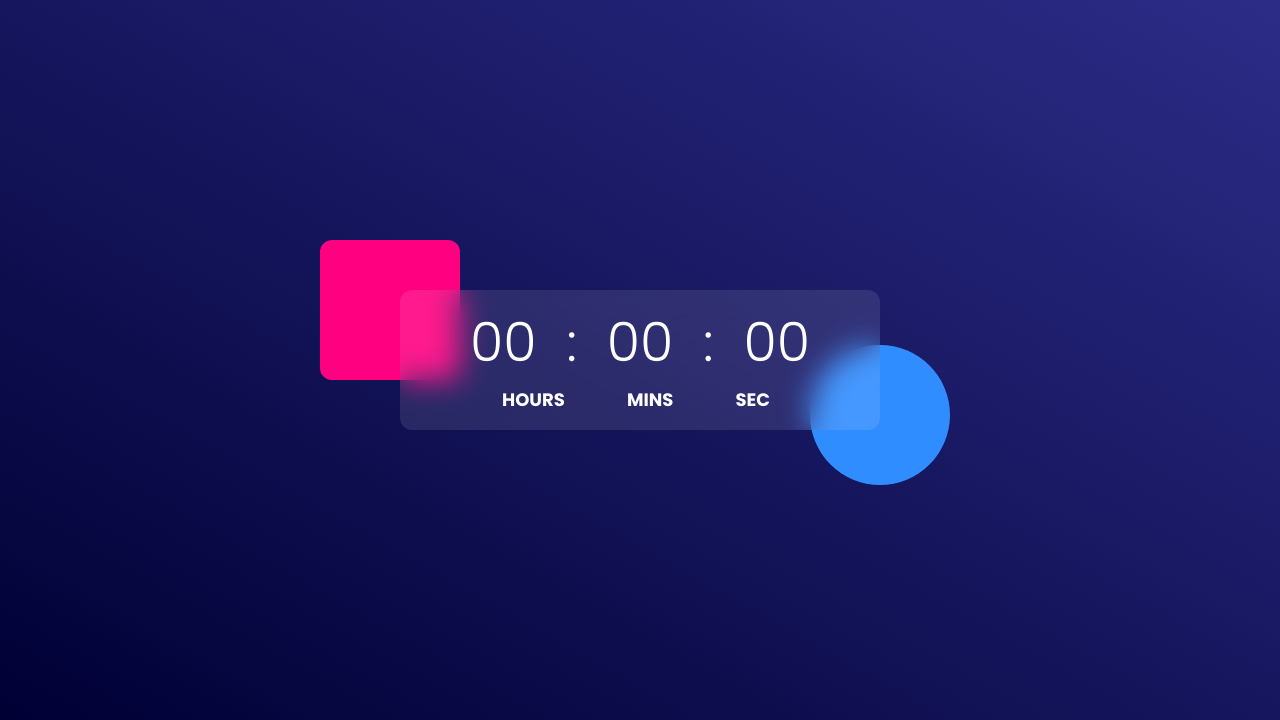
Repository: Ankitkr2021/Digital_Clock
Page: index.html
An editor plug-in stored every save of this project. The page is shown before and after the next save, followed by the edit.
The browser window is 1280 px wide. The pictures show the whole page.

Above is the page before, as saved 2025-10-26 03:54:28.

After the next save:
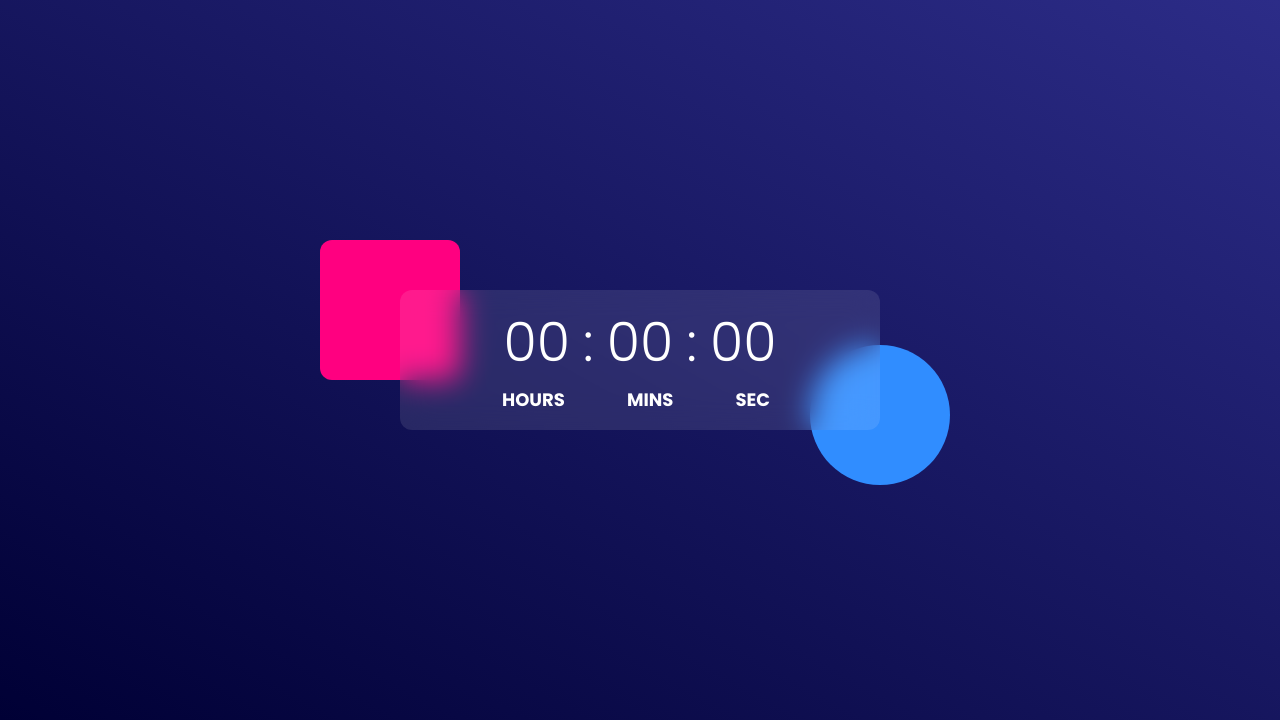
Saved 13 s later.
--- a/style.css
+++ b/style.css
@@ -59,7 +59,7 @@
 }
 
 .time {
-    width: 400px;
+    width: 300px;
     display: flex;
     justify-content: space-evenly;
 }
